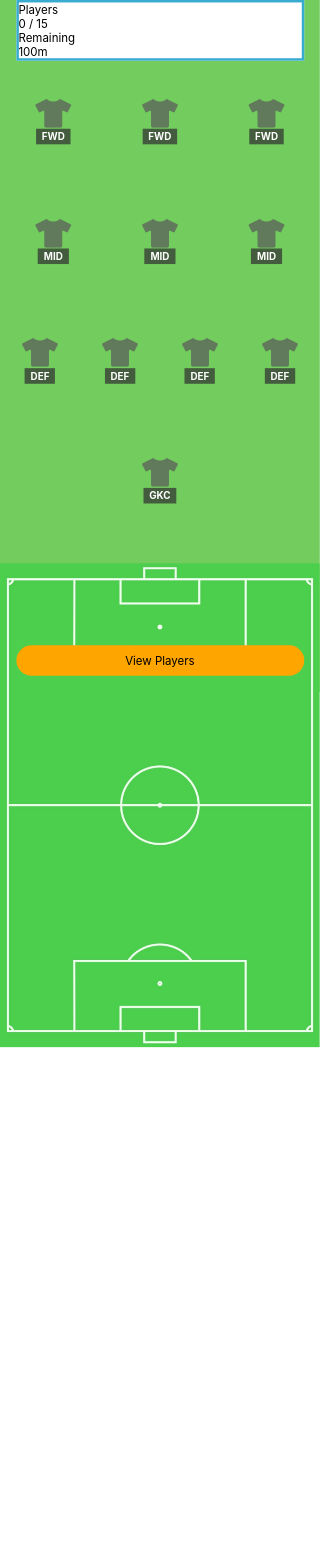
Repository: JavaidAhmadKhan/UEFA
Screen: /
The author's editor kept a copy of each file at every save. The screen is drawn from the files as they stood at one save, then again after the next save.
The pictures are shown at 82% of full size.
The app was drawn by React Native's web renderer in a window 390 px wide. The project was rebuilt for these pictures with package versions that can differ from the ones it lists, and the page was loaded fresh each time. Some packages were replaced by stand-ins written for this rebuild.

Above is the screen before, as saved 2021-07-07 12:06:58.

### App.tsx
import "react-native-gesture-handler";
import { StatusBar } from "expo-status-bar";
import React from "react";
import { SafeAreaProvider } from "react-native-safe-area-context";

import useCachedResources from "./hooks/useCachedResources";
import useColorScheme from "./hooks/useColorScheme";
import TabOneScreen from "./screens/TabOneScreen";

export default function App() {
  const isLoadingComplete = useCachedResources();
  const colorScheme = useColorScheme();

  if (!isLoadingComplete) {
    return null;
  } else {
    return (
      <SafeAreaProvider>
        <TabOneScreen />

        <StatusBar />
      </SafeAreaProvider>
    );
  }
}

### screens/TabOneScreen.tsx
import * as React from "react";
import {
  StyleSheet,
  SafeAreaView,
  Platform,
  Pressable,
  Text,
} from "react-native";

import Field from "../components/Field";
import TeamStats from "../components/TeamStats";

export default function TabOneScreen() {
  const viewPlayers = () => {
    console.warn("View Player");
  };

  return (
    <SafeAreaView style={styles.container}>
      <TeamStats />
      <Field />
      <Pressable onPress={viewPlayers} style={styles.buttonContainer}>
        <Text>View Players</Text>
      </Pressable>
    </SafeAreaView>
  );
}

const styles = StyleSheet.create({
  container: {
    flex: 1,
    alignItems: "center",
    backgroundColor: "#72CC5E",
    paddingTop: Platform.OS === "android" ? 30 : 0,
  },
  buttonContainer: {
    backgroundColor: "orange",
    width: "90%",
    margin: 20,
    padding: 10,
    alignItems: "center",
    borderRadius: 50,
    marginTop: "auto",
  },
});

### components/Field.tsx
import React from "react";
import {
  StyleSheet,
  ImageBackground,
  SafeAreaView,
  Platform,
  Text,
  View,
} from "react-native";

import field from "../assets/images/field.jpg";
import FieldPlayer from "./FieldPlayer";

const players: { [key: string]: null[] } = {
  FWD: [null, null, null],
  MID: [null, null, null],
  DEF: [null, null, null, null],
  GKC: [null],
};

const Field = () => {
  return (
    <ImageBackground
      source={field}
      resizeMode="contain"
      style={{
        width: "100%",
        aspectRatio: 2 / 3,
        justifyContent: "space-around",
        alignItems: "center",
      }}
    >
      {Object.keys(players).map((position) => (
        <View
          style={{
            flexDirection: "row",
            justifyContent: "space-around",
            width: "100%",
          }}
        >
          {players[position].map((player) => (
            <FieldPlayer player={player} position={position} />
          ))}
        </View>
      ))}
    </ImageBackground>
  );
};

export default Field;

### components/TeamStats.tsx
import React from "react";
import { View, Text, StyleSheet } from "react-native";

const TeamStats = () => {
  return (
    <View style={styles.container}>
      <View>
        <Text style={styles.label}>Players</Text>
        <Text style={styles.value}>0 / 15</Text>
      </View>

      <View>
        <Text style={styles.label}>Remaining</Text>
        <Text style={styles.value}>100m</Text>
      </View>
    </View>
  );
};

const styles = StyleSheet.create({
  container: {
    backgroundColor: "white",
    width: "90%",
    borderWidth: 3,
    borderColor: "#38abd1",
  },
  label: {},
  value: {},
});

export default TeamStats;

### components/FieldPlayer.tsx
import React from "react";
import { View, Text } from "react-native";
import { FontAwesome5 } from "@expo/vector-icons";

type FieldPlayerProps = {
  player: null;
  position: string;
};

const FieldPlayer = (props: FieldPlayerProps) => {
  const { player, position } = props;

  return (
    <View style={{ alignItems: "center" }}>
      <FontAwesome5
        name="tshirt"
        size={35}
        color={player ? "#d170db" : "#5c5c5cbb"}
      />
      <Text
        style={{
          backgroundColor: "#333333bb",
          color: "white",
          fontWeight: "bold",
          fontSize: 12,
          padding: 2,
          paddingHorizontal: 7,
        }}
      >
        {position}
      </Text>
    </View>
  );
};

export default FieldPlayer;

Loaded but not shown: hooks/useCachedResources.ts (common file); hooks/useColorScheme.ts (common file)

After the next save:
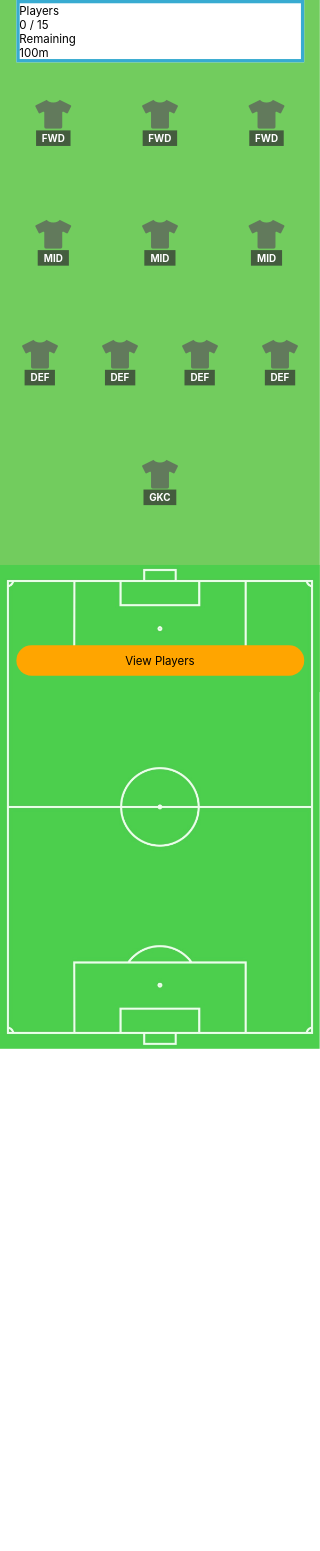
Saved 10 s later.
--- a/components/TeamStats.tsx
+++ b/components/TeamStats.tsx
@@ -21,7 +21,7 @@
   container: {
     backgroundColor: "white",
     width: "90%",
-    borderWidth: 3,
+    borderWidth: 4,
     borderColor: "#38abd1",
   },
   label: {},
